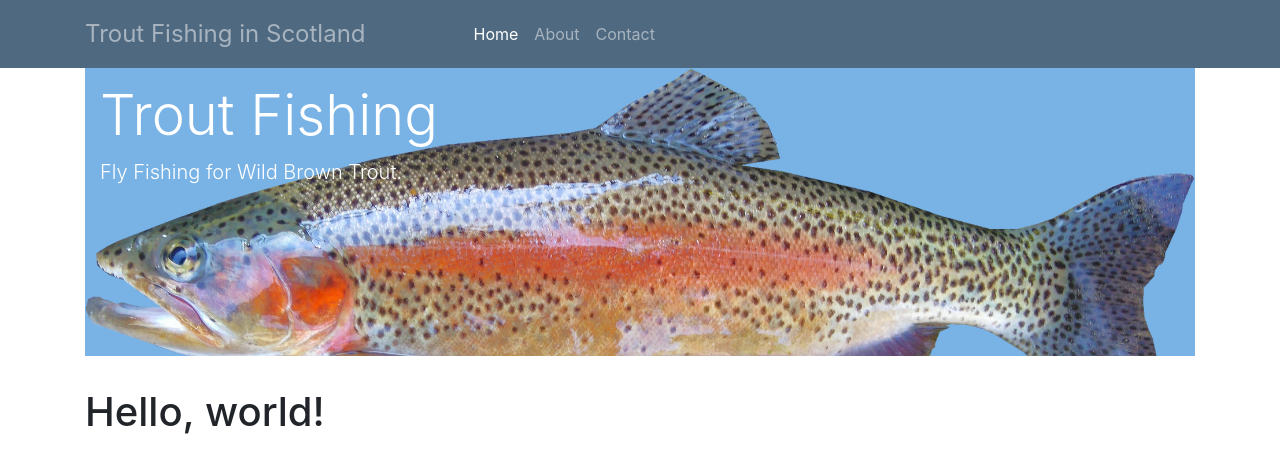
Repository: adrian9211/College_project
Page: index.html
An editor plug-in stored every save of this project. The page is shown before and after a run of saves, followed by the edit.
The browser window is 1280 px wide. The pictures show the whole page.

Above is the page before, as saved 2020-11-04 08:16:02.

After the next 4 saves:
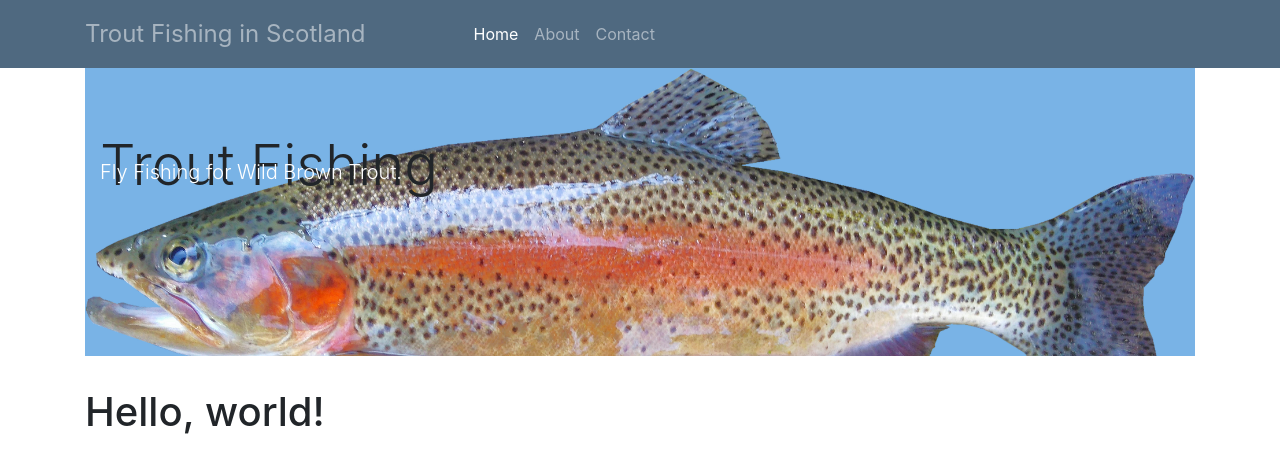
The 4 saves are shown as one change because they came seconds apart.
The last was saved 93 s later.
--- a/index.html
+++ b/index.html
@@ -38,8 +38,8 @@
       <!-- Jumbotron start -->
       <div class="container">
         <div class="jumbotron jumbotron-fluid">
-            <div class="container alt">
-              <h1 class="display-4">Trout Fishing</h1>
+            <div class="container ">
+              <h1 class="display-4 alt">Trout Fishing</h1>
               <p class="lead">Fly Fishing for Wild Brown Trout.</p>
             </div>
         </div>

After the 5 saves that followed:
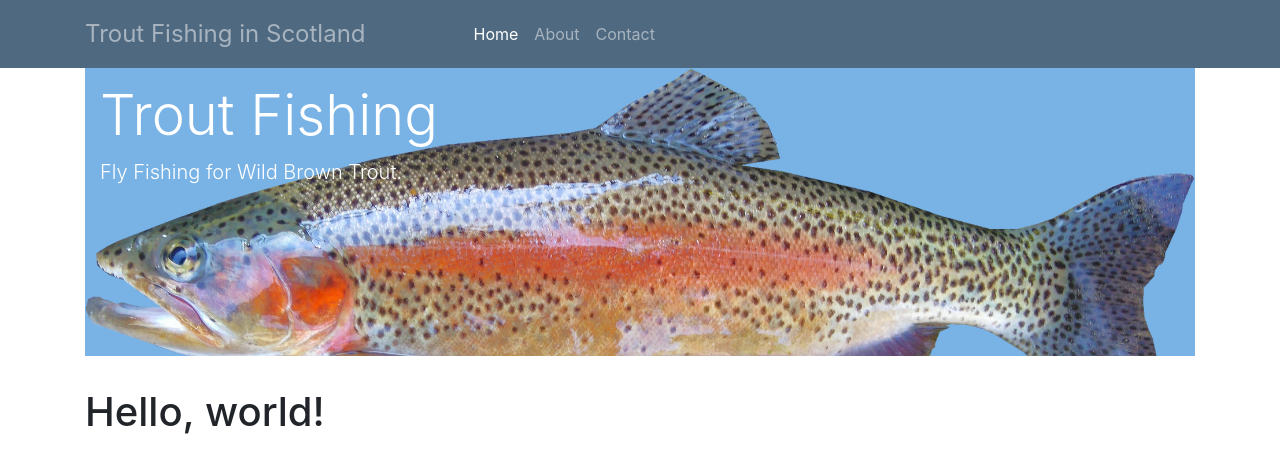
The 5 saves are shown as one change because 1 left the picture as it was and some came seconds apart.
The last was saved 17 s later.
--- a/index.html
+++ b/index.html
@@ -40,7 +40,7 @@
         <div class="jumbotron jumbotron-fluid">
             <div class="container ">
               <h1 class="display-4 alt">Trout Fishing</h1>
-              <p class="lead">Fly Fishing for Wild Brown Trout.</p>
+              <p class="lead alt" >Fly Fishing for Wild Brown Trout.</p>
             </div>
         </div>
       <!-- Jumbotron end -->
--- a/css/style.css
+++ b/css/style.css
@@ -5,7 +5,7 @@
     height: 40vh;
 }
 
-.alt h1, p {
+.alt {
     position: relative;
     top: -50px;
     color: #fff;
